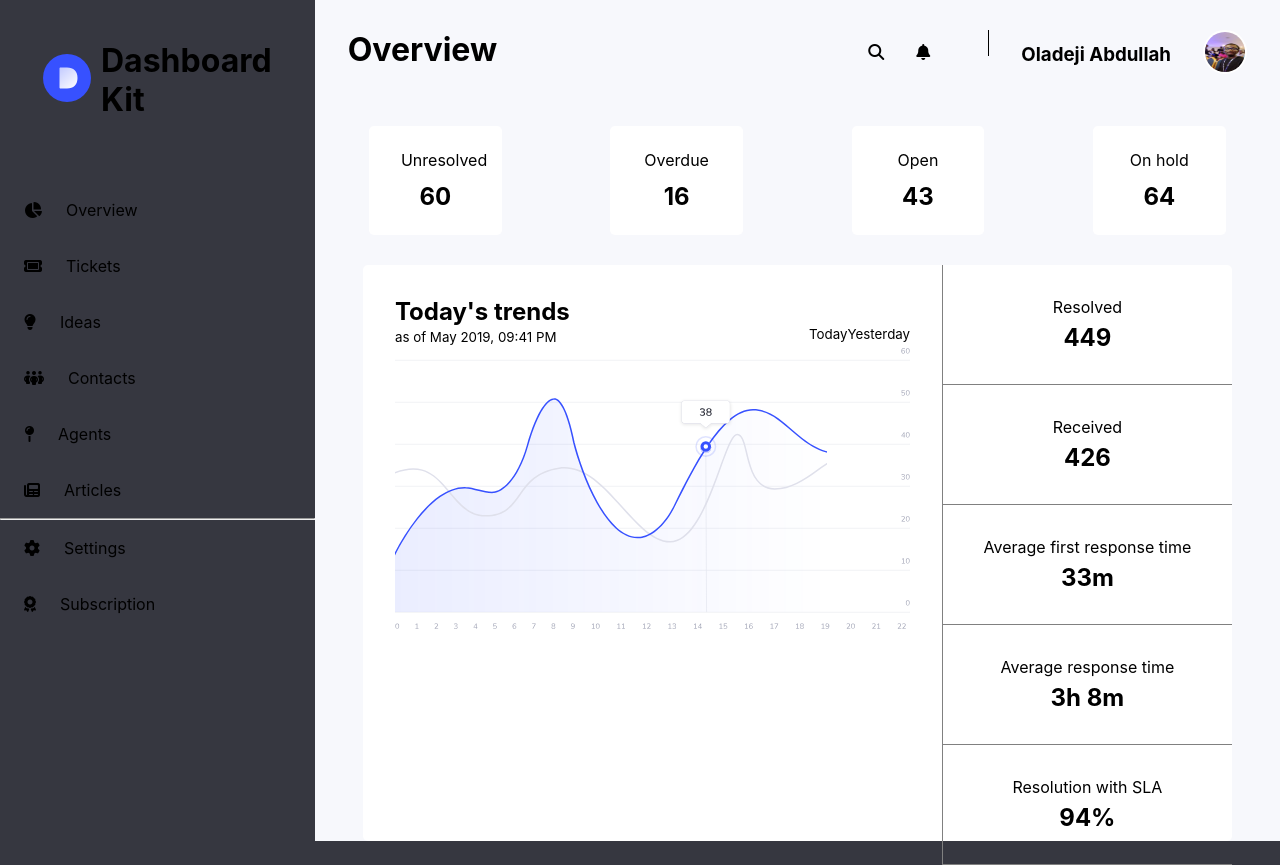
Repository: BuduCE/dashboard
Page: /
An editor plug-in stored every save of this project. The page is shown before and after a run of saves, followed by the edit.
The browser window is 1280 px wide. The pictures show the whole page.
Some web libraries are served in a nearby version. The project was rebuilt for these pictures with package versions that can differ from the ones it lists, and the page was loaded fresh each time.

Above is the page before, as saved 2022-08-03 23:38:47.

### public/index.html
<!DOCTYPE html>
<html lang="en">
  <head>
    <meta charset="utf-8" />
    <link rel="icon" href="%PUBLIC_URL%/favicon.ico" />
    <meta name="viewport" content="width=device-width, initial-scale=1" />
    <meta name="theme-color" content="#000000" />
    <meta
      name="description"
      content="Web site created using create-react-app"
    />
    <link rel="apple-touch-icon" href="%PUBLIC_URL%/logo192.png" />
    <!--
      manifest.json provides metadata used when your web app is installed on a
      user's mobile device or desktop. See https://developers.google.com/web/fundamentals/web-app-manifest/
    -->
    <link rel="manifest" href="%PUBLIC_URL%/manifest.json" />
    <!--
      Notice the use of %PUBLIC_URL% in the tags above.
      It will be replaced with the URL of the `public` folder during the build.
      Only files inside the `public` folder can be referenced from the HTML.

      Unlike "/favicon.ico" or "favicon.ico", "%PUBLIC_URL%/favicon.ico" will
      work correctly both with client-side routing and a non-root public URL.
      Learn how to configure a non-root public URL by running `npm run build`.
    -->

    <!-- Font-Awesome  -->
    <link
      rel="stylesheet" href="https://cdnjs.cloudflare.com/ajax/libs/font-awesome/6.1.1/css/all.min.css" integrity="sha512-KfkfwYDsLkIlwQp6LFnl8zNdLGxu9YAA1QvwINks4PhcElQSvqcyVLLD9aMhXd13uQjoXtEKNosOWaZqXgel0g==" crossorigin="anonymous" referrerpolicy="no-referrer"
    />
    <title>Admin Dashboard</title>
  </head>
  <body>
    <noscript>You need to enable JavaScript to run this app.</noscript>
    <div id="root"></div>
    <!--
      This HTML file is a template.
      If you open it directly in the browser, you will see an empty page.

      You can add webfonts, meta tags, or analytics to this file.
      The build step will place the bundled scripts into the <body> tag.

      To begin the development, run `npm start` or `yarn start`.
      To create a production bundle, use `npm run build` or `yarn build`.
    -->
  </body>
</html>

### src/index.css
* {
  margin: 0;
  padding: 0;
  box-sizing: border-box;
}
body {
  margin: 0;
  font-family: -apple-system, BlinkMacSystemFont, 'Segoe UI', 'Roboto', 'Oxygen',
    'Ubuntu', 'Cantarell', 'Fira Sans', 'Droid Sans', 'Helvetica Neue',
    sans-serif;
  -webkit-font-smoothing: antialiased;
  -moz-osx-font-smoothing: grayscale;
  background: rgba(54, 55, 64, 1);
}

code {
  font-family: source-code-pro, Menlo, Monaco, Consolas, 'Courier New',
    monospace;
}

### src/App.js
import './App.css';
// import Overview from './pages/Overview';
// import Header from './components/common/Header';
import Sidenav from './components/common/SideNav';
// import Login from './pages/Login';

function App() {
  return (
    <div className="App">
      <Sidenav />
    </div>
  );
}

export default App;

### src/components/common/SideNav/index.jsx
import React from 'react'
import Overview from '../../../pages/Overview'
import Header from '../Header'
import Logo from '../Logo'
import './styles.css'

const Sidenav = () => {
  return (
    <div className='dashboard'>
        <div className="navbar">
            <div className="logo">
                <Logo />
                <h1>Dashboard Kit</h1>
            </div>
            <div className="heading">
                <i className='fas fa-chart-pie'></i>
                <p>Overview</p>
            </div>
            <div className="heading">
                <i className='fas fa-ticket'></i>
                <p>Tickets</p>
            </div>
            <div className="heading">
                <i className='fas fa-lightbulb'></i>
                <p>Ideas</p>
            </div>
            <div className="heading">
                <i className='fas fa-people-group'></i>
                <p>Contacts</p>
            </div>
            <div className="heading">
                <i className='fas fa-map-pin'></i>
                <p>Agents</p>
            </div>
            <div className="heading">
                <i className='fas fa-newspaper'></i>
                <p>Articles</p>
            </div>
            <hr />
            <div className="heading">
                <i className='fas fa-gear'></i>
                <p>Settings</p>
            </div>
            <div className="heading">
                <i className='fas fa-award'></i>
                <p>Subscription</p>
            </div>

        </div>
        <div className="info">
            <Header />
            <Overview />
        </div>
    </div>
  )
}

export default Sidenav

### src/pages/Overview/index.jsx
import React from 'react'
import './styles.css'
import TrendMap from './graph.svg'

const Overview = () => {
  return (
    <div className='overview_pg'>
        {/* Specific status */}
        <div className="overview_stat">
            <div className="overview_info">
                <p>Unresolved</p>
                <h2>60</h2>
            </div>
            <div className="overview_info">
                <p>Overdue</p>
                <h2>16</h2>
            </div>
            <div className="overview_info">
                <p>Open</p>
                <h2>43</h2>
            </div>
            <div className="overview_info">
                <p>On hold</p>
                <h2>64</h2>
            </div>
        </div>

        {/* Today's trend */}
        <div className="trends">
            <div className="trends_head">
                <div className="trends_headT">
                    <div className="trend_title">
                        <h2>Today's trends</h2>
                    </div>
                    <div className="trend_title_stat">
                        <div className="trend_date">
                            <small>as of May 2019, 09:41 PM</small>
                        </div>
                        <div className="trend_day">
                            <small>Today</small>
                            <small>Yesterday</small>
                        </div>
                    </div>
                </div>

                <div className="trends_headB">
                    <img src={TrendMap} alt="Trend Chart" />
                </div>
            </div>

            <div className="trends_summary">
                <div className="summary_type">
                    <p>Resolved</p>
                    <h2>449</h2>
                </div>
                <div className="summary_type">
                    <p>Received</p>
                    <h2>426</h2>
                </div>
                <div className="summary_type">
                    <p>Average first response time</p>
                    <h2>33m</h2>
                </div>
                <div className="summary_type">
                    <p>Average response time</p>
                    <h2>3h 8m</h2>
                </div>
                <div className="summary_type">
                    <p>Resolution with SLA</p>
                    <h2>94%</h2>
                </div>
            </div>
        </div>
    </div>
  )
}

export default Overview

### src/components/common/Header/index.jsx
import React from 'react'
import './styles.css'
import budu from './budu.jpg'

const Header = () => {
  return (
    <div className='head_er'>
        <div className="headerL">
            <h1>Overview</h1>
        </div>
        <div className="headerR">
            <i className='fas fa-magnifying-glass icon'></i>
            <i className='fas fa-bell icon bell'></i>
            <h3>Oladeji Abdullah</h3>
            <img src={budu} alt="" />
        </div>
    </div>
  )
}

export default Header

### src/components/common/Logo/index.jsx
import React from 'react'
import companyLogo from './logo.svg'

const Logo = () => {
  return (
    <div>
        <img src={companyLogo} alt="" />
    </div>
  )
}

export default Logo

### src/components/common/SideNav/styles.css
.dashboard{
    display: grid;
    grid-template-columns: 1fr 4fr;
}
.navbar{
    padding: 41px 0;
}
.logo{
    display: flex;
    padding: 43px 43px;
    padding-bottom: 63px;
    padding-top: 0;
    align-items: center;
}
.logo h1{
    margin-left: 10px;
}
.heading{
    width: 100%;
    display: flex;
    padding: 18px 24px;
    align-items: center;
}
.heading p{
    margin-left: 24px;
}
.heading:hover{
    border-left: 1px solid #fff;
    color: #fff;
}
.info{
    background: #F7F8FC;
    /* height: 100vh; */
}

### src/pages/Overview/styles.css
.overview_pg{
    margin-top: 54px;
}
.overview_stat{
    display: grid;
    grid-template-columns: 1fr 1fr 1fr 1fr;
    /* justify-content: space-evenly; */
    width: 100%;
}
.overview_info{
    display: flex;
    flex-direction: column;
    text-align: center;
    /* border: 1px solid; */
    border-radius: 5px;
    padding: 24px 32px;
    background: #fff;
    box-shadow: 15px;
    width: 55%;
    margin: auto;
}
.overview_info p{
    padding-bottom: 12px;
}

/* trend  */
.trends{
    width: 90%;
    background: #fff;
    margin: auto;
    border-radius: 5px;
    height: 80vh;
    margin-top: 30px;
    display: grid;
    grid-template-columns: 2fr 1fr;
    margin-top: 30px;
}
.trends_head{
    padding: 32px;
}
.trend_title_stat{
    display: flex;
    justify-content: space-between;
}
.trend_day{
    display: flex;
    justify-content: space-evenly;
}
.trends_headB img{
    width: 100%;
}

/* summary  */
.trends_summary{
    display: grid;
    grid-template-rows: 1fr 1fr 1fr 1fr 1fr;
}
.summary_type{
    padding: 32px;
    border-left: 1px solid grey;
    border-bottom: 1px solid grey;
    text-align: center;
}
.summary_type p{
    margin-bottom: 6px;
}

### src/components/common/Header/styles.css
.head_er{
    display: flex;
    justify-content: space-between;
    width: 100%;
    height: 10vh;
    padding: 30px 33px;
}
.headerR{
    display: flex;
    justify-content: space-between;
    /* align-items: center; */
}
.icon{
    width: 16px;
    height: 16px;
    padding: 14px 24px;
}
.bell{
    padding-right: 72px;
}
.headerR h3{
    padding: 13px 32px;
    border-left: 1px solid #000;
}
.headerR img{
    width: 44px;
    height: 44px;
    border-radius: 50%;
    border: 2px solid #fff;
}

Loaded but not shown: src/index.js (common file); src/reportWebVitals.js (common file); src/App.css (common file)

After the next 2 saves:
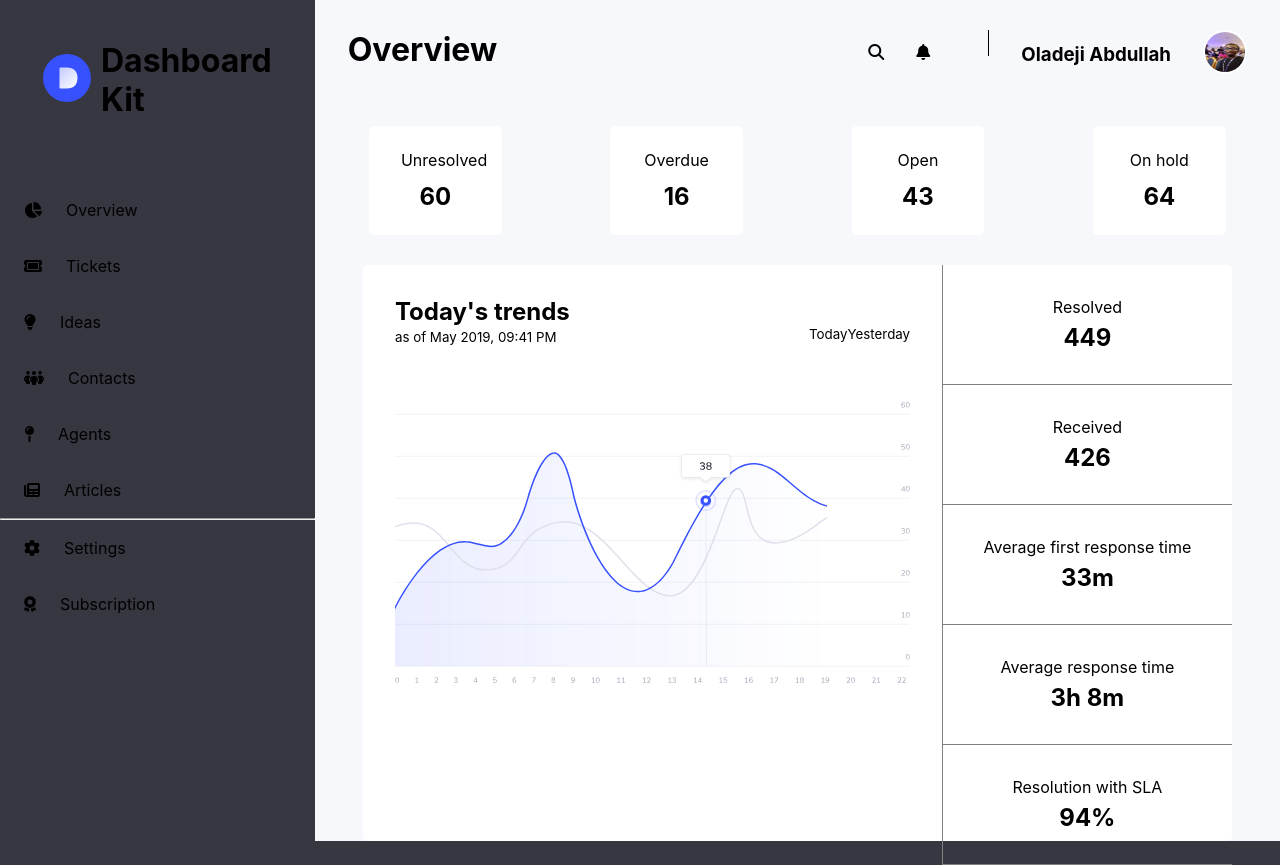
The 2 saves are shown as one change because they came seconds apart.
The last was saved 63 s later.
--- a/src/pages/Overview/styles.css
+++ b/src/pages/Overview/styles.css
@@ -48,6 +48,7 @@
 }
 .trends_headB img{
     width: 100%;
+    margin-top: 54px;
 }
 
 /* summary  */
